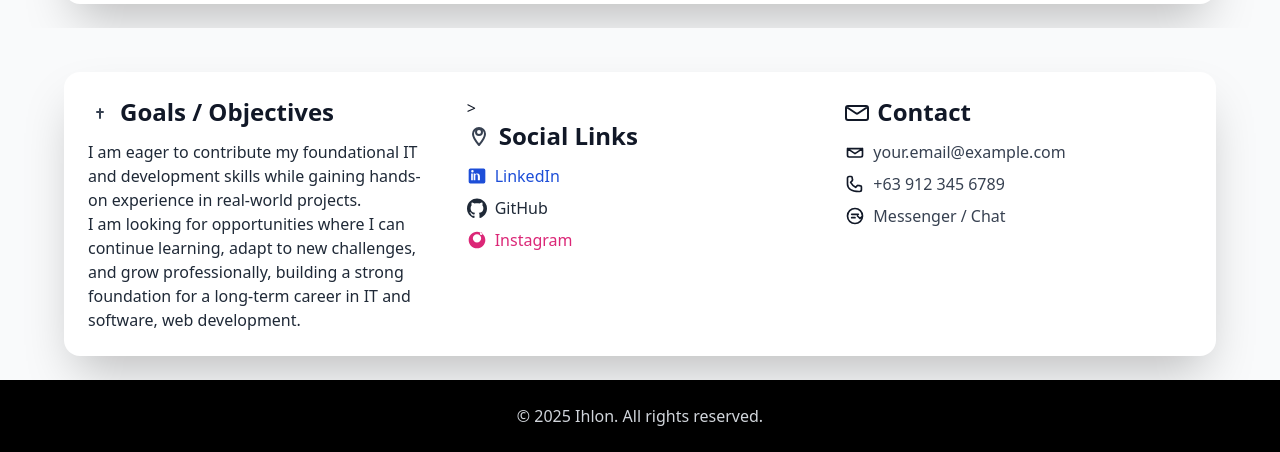
Repository: MeekSharkdev/cv-portfolio
Page: index.html
These files come from the project's save history. The page is drawn as it stood at one moment and after the next save; the edit follows.
The browser window is 1280 px wide. The pictures show the part of the page from y = 2336 to 2820 px (the page is 2788 px tall before and 2820 px after).
A picture or video elsewhere on the page could not be fetched, so the positions and the page height are approximate.

Above is the page before, as saved 2026-01-31 21:10:10.
Not found: styles.css

### index.html
<!DOCTYPE html>
<html lang="en">

<head>
    <meta charset="UTF-8" />
    <meta name="viewport" content="width=device-width, initial-scale=1.0" />
    <title>Ihlon | Web Static Page Portfolio</title>
    <link href="https://cdn.jsdelivr.net/npm/tailwindcss/dist/tailwind.min.css" rel="stylesheet">
    <link href="styles.css" rel="stylesheet">
</head>

<body class="bg-gray-50 text-gray-900 m-0 p-0">

    <!-- Hero Section -->
<header>
    <!-- Upper Left Container -->
    <section class="py-12 px-6 md:px-16 bg-gray-50">
        <div class="max-w-6xl mx-auto flex flex-col md:flex-row items-center md:items-start gap-8">

            <!-- Profile Image -->
            <div class="flex-shrink-0">
                <img src="./assets/images/Cropted.jpg" alt="Profile Picture"
                    class="w-48 h-48 md:w-56 md:h-56 object-cover rounded-2xl shadow-2xl">
            </div>

            <!-- Info Section -->
            <div class="flex flex-col justify-center gap-4">
                <!-- Full Name -->
                <h1 class="text-4xl md:text-5xl font-bold">Ihlon Gyve A. Nogot</h1>
                <span>Web Developer | Exploring Full-Stack & Software Development 🚀</span>

                <!-- Location -->
                <div class="flex items-center gap-2 text-gray-700">
                    <!-- Location icon (black & white stroke only) -->
                    <svg xmlns="http://www.w3.org/2000/svg" class="h-5 w-5 text-gray-700" fill="none"
                        viewBox="0 0 24 24" stroke="currentColor">
                        <path stroke-linecap="round" stroke-linejoin="round" stroke-width="2"
                            d="M12 11c1.657 0 3-1.343 3-3S13.657 5 12 5 9 6.343 9 8s1.343 3 3 3z" />
                        <path stroke-linecap="round" stroke-linejoin="round" stroke-width="2"
                            d="M12 21s-6-7-6-11a6 6 0 1112 0c0 4-6 11-6 11z" />
                    </svg>
                    <span>Metro Manila (NCR), Philippines</span>
                </div>

                <!-- Buttons -->
                <div class="flex gap-4 mt-4">

                    <!-- View Resume -->
                    <a href="assets/your-resume.pdf" target="_blank" class="px-6 py-2 bg-black text-white border border-black rounded-lg
                            hover:bg-white hover:text-black hover:border-black
                            transition-colors duration-800 ease-in-out">
                        View Resume
                    </a>

                    <!-- Invite for Interview -->
                    <a href="mailto:ihlongyve@gmail.com" class="px-6 py-2 border border-black text-black rounded-lg
                            bg-white
                            hover:bg-black hover:text-white hover:border-black
                            transition-colors duration-800 ease-in-out">
                        Invite for Interview
                    </a>

                </div>

            </div>

        </div>
    </section>
</header>

    <!-- Features Section -->
<!-- About Me + Experience Side-by-Side -->
<section class="py-6 px-6 md:px-16 bg-gray-50">
    <div class="max-w-6xl mx-auto mt-5 flex flex-col md:flex-row gap-6">

        <!-- About Me (Left) -->
        <div class="md:w-1/2 p-6 bg-white rounded-2xl shadow-2xl shadow-gray-300/20">
            <!-- Header with Icon -->
            <div class="flex items-center gap-3 mb-4">
                <h2 class="text-2xl font-semibold">👤  About Me</h2>
            </div>

        <!-- Paragraphs -->
        <div class="flex flex-col gap-4 text-gray-700">
            <p>I am an entry-level IT professional with hands-on experience in both front-end and back-end development. I am
                passionate about building web applications and continuously learning modern development practices. While my
                college days focused on web development, I am also eager to gain hands-on experience in IT support and other
                technical areas, expanding my knowledge beyond programming.</p>

            <p>I am looking forward to joining a company where I can contribute meaningfully while steadily building my
                expertise. I approach challenges with a humble mindset, aiming to grow my skills and knowledge over time to
                support both my career growth and the success of the team I join.</p>

            <p>I am adaptable, teachable, and willing to learn new tools or programming languages that are outside my current
                tech stack. I bring enthusiasm, availability, and a strong eagerness to learn and collaborate, ensuring I can
                quickly adapt and make a positive impact wherever I work.</p>
        </div>

        </div>

        <!-- Experience / Timeline (Right) -->
        <div class="md:w-1/2 p-6 bg-white rounded-2xl shadow-2xl shadow-gray-300/20">
            <!-- Header with Icon -->
            <div class="flex items-center gap-3 mb-6">
                <h2 class="text-2xl font-semibold">💼  Experience</h2>
            </div>

            <!-- Timeline -->
            <div class="relative border-l-2 border-gray-300 pl-8 flex flex-col gap-8">

                <!-- Graduate (Latest, Top) -->
                <div class="relative">
                    <div class="flex justify-between items-center">
                        <h2 class="text-xl font-bold"><li>Graduate in BS Information Technology</li></h2>
                        <span class="text-black font-bold">2025</span>
                    </div>
                    <p class="text-black mt-1"><i>Graduated with a specialization in web development and networking.</i></p>
                </div>

                <!-- Internship / OJT -->
                <div class="relative">
                    <div class="flex justify-between items-center">
                        <h3 class="text-lg text-gray-700"><li>Internship / OJT</li></h3>
                        <span class="text-gray-500">2025</span>
                    </div>
                    <p class="text-gray-700 mt-1"><i>Revamped admin and clients real estate website for listings, viewings, and reservations.</i></p>
                </div>

                <!-- Capstone Project -->
                <div class="relative">
                    <div class="flex justify-between items-center">
                        <h3 class="text-lg"><li>Capstone Project</li></h3>
                        <span class="text-gray-700">2025</span>
                    </div>
                    <p class="text-gray-700 mt-1"><i>Team Lead / Project Lead for Web-Based Appointment Scheduling System.</i></p>
                </div>
                <!-- Networking Fundamentals -->
                <div class="relative">
                    <div class="flex justify-between items-center">
                        <h3 class="text-lg">
                            <li>Networking Fundamentals</li>
                        </h3>
                        <span class="text-gray-700">2024</span>
                    </div>
                    <p class="text-gray-700 mt-1"><i>Gained hands-on experience in routing and network configuration, learning the
                            fundamentals of network setup, management, and troubleshooting.</i></p>
                </div>

                <!-- Bootcamp -->
                <div class="relative">
                    <div class="flex justify-between items-center">
                        <h3 class="text-lg"><li>Basic Web Development Fundamentals Bootcamp</li></h3>
                        <span class="text-gray-700">2023</span>
                    </div>
                    <p class="text-gray-700 mt-1"><i>Attended basic fundamentals bootcamp for web development.</i></p>
                </div>

            </div>
        </div>

    </div>
</section>

    <!-- Tech Stack Section (Below About Me Section) -->
    <section class="py-6 px-6 md:px-16 bg-gray-50">
        <div class="max-w-6xl mx-auto mt-5 p-6 bg-white rounded-2xl shadow-2xl shadow-gray-300/20">

            <!-- Section Header -->
            <h2 class="text-2xl font-semibold mb-6 flex items-center gap-2">
                <!-- Laptop icon for Tech Stack & Skills -->
                <svg xmlns="http://www.w3.org/2000/svg" class="h-6 w-6 text-gray-700" fill="none" viewBox="0 0 24 24"
                    stroke="currentColor">
                    <path stroke-linecap="round" stroke-linejoin="round" stroke-width="2" d="M3 8h18v10H3V8z M2 18h20v2H2v-2z" />
                </svg>
                Tech Stack
            </h2>


            <!-- Categories -->
            <div class="flex flex-col gap-6">

                <!-- Frontend -->
                <div>
                    <h3 class="font-bold mb-2">Frontend:</h3>
                    <div class="flex flex-wrap gap-2">
                        <span class="px-3 py-1 bg-gray-200 rounded-full text-gray-700 text-sm">HTML</span>
                        <span class="px-3 py-1 bg-gray-200 rounded-full text-gray-700 text-sm">CSS</span>
                        <span class="px-3 py-1 bg-gray-200 rounded-full text-gray-700 text-sm">JavaScript</span>
                        <span class="px-3 py-1 bg-gray-200 rounded-full text-gray-700 text-sm">React (Vite)</span>
                        <span class="px-3 py-1 bg-gray-200 rounded-full text-gray-700 text-sm">Tailwind CSS</span>
                    </div>
                </div>

                <!-- Backend -->
                <div>
                    <h3 class="font-bold mb-2">Backend:</h3>
                    <div class="flex flex-wrap gap-2">
                        <span class="px-3 py-1 bg-gray-200 rounded-full text-gray-700 text-sm">PHP</span>
                        <span class="px-3 py-1 bg-gray-200 rounded-full text-gray-700 text-sm">C++</span>
                    </div>
                </div>

                <!-- Database -->
                <div>
                    <h3 class="font-bold mb-2">Database:</h3>
                    <div class="flex flex-wrap gap-2">
                        <span class="px-3 py-1 bg-gray-200 rounded-full text-gray-700 text-sm">MySQL</span>
                    </div>
                </div>

                <!-- Tools & Frameworks -->
                <div>
                    <h3 class="font-bold mb-2">Tools & Frameworks:</h3>
                    <div class="flex flex-wrap gap-2">
                        <span class="px-3 py-1 bg-gray-200 rounded-full text-gray-700 text-sm">GitHub</span>
                        <span class="px-3 py-1 bg-gray-200 rounded-full text-gray-700 text-sm">VSCode</span>
                        <span class="px-3 py-1 bg-gray-200 rounded-full text-gray-700 text-sm">CodeBlocks</span>
                        <span class="px-3 py-1 bg-gray-200 rounded-full text-gray-700 text-sm">Figma</span>
                    </div>
                </div>

                <!-- Foundational Skills -->
                <div>
                    <h3 class="font-bold mb-2">Foundational Skills:</h3>
                    <div class="flex flex-wrap gap-2">
                        <span class="px-3 py-1 bg-gray-200 rounded-full text-gray-700 text-sm">API Integration (Beginner &
                            Learning)</span>
                        <span class="px-3 py-1 bg-gray-200 rounded-full text-gray-700 text-sm">Responsive Web Design</span>
                        <span class="px-3 py-1 bg-gray-200 rounded-full text-gray-700 text-sm">JavaScript (Learning)</span>
                        <span class="px-3 py-1 bg-gray-200 rounded-full text-gray-700 text-sm">Python (Learning)</span>
                        <span class="px-3 py-1 bg-gray-200 rounded-full text-gray-700 text-sm">Laravel Framework (Basic &
                            Learning)</span>
                        <span class="px-3 py-1 bg-gray-200 rounded-full text-gray-700 text-sm">AI API token Integration (Beginner &
                                Learning)</span>
                        <span class="px-3 py-1 bg-gray-200 rounded-full text-gray-700 text-sm">Postman (Learning)</span>
                        <span class="px-3 py-1 bg-gray-200 rounded-full text-gray-700 text-sm">Node.js (Learning)</span>
                        <span class="px-3 py-1 bg-gray-200 rounded-full text-gray-700 text-sm">Supabase (Learning)</span>
                    </div>
                </div>

            </div>

        </div>
    </section>

    <!-- Recent Certifications & Seminars Section (Below Tech Stack) -->
    <section class="py-6 px-6 md:px-16 bg-gray-50">
        <div class="max-w-6xl mx-auto mt-5 p-6 bg-white rounded-2xl shadow-2xl shadow-gray-300/20">

            <!-- Section Header -->
            <h2 class="text-2xl font-semibold mb-6 flex items-center gap-2">
                <!-- Certified stamp icon -->
                <svg xmlns="http://www.w3.org/2000/svg" class="h-6 w-6 text-gray-700" fill="none" viewBox="0 0 24 24"
                    stroke="currentColor">
                    <circle cx="12" cy="12" r="9" stroke-width="2" stroke-linecap="round" stroke-linejoin="round" />
                    <path stroke-linecap="round" stroke-linejoin="round" stroke-width="2" d="M9 12l2 2 4-4" />
                </svg>
                Recent Certifications & Seminars
            </h2>


        <!-- Items -->
        <div class="flex flex-col gap-4">

            <!-- Certification -->
            <div class="flex items-center gap-3 p-3 bg-gray-200 rounded-2xl">
                <!-- Certificate / Badge Icon -->
                <svg xmlns="http://www.w3.org/2000/svg" class="h-5 w-5 text-green-600" fill="none" viewBox="0 0 24 24"
                    stroke="currentColor">
                    <path stroke-linecap="round" stroke-linejoin="round" stroke-width="2"
                        d="M9 12l2 2 4-4M12 20a8 8 0 100-16 8 8 0 000 16z" />
                </svg>
                <div class="flex justify-between w-full">
                    <span class="font-medium">TESDA NCII CSS - Computer Systems Servicing</span>
                    <span class="text-gray-800">2025</span>
                </div>
            </div>

            <!-- Seminar: AI in the Workplace -->
            <div class="flex items-center gap-3 p-3 bg-gray-200 rounded-2xl">
                <!-- AI / Lightbulb Icon -->
                <svg xmlns="http://www.w3.org/2000/svg" class="h-5 w-5 text-yellow-600" fill="none" viewBox="0 0 24 24"
                    stroke="currentColor">
                    <path stroke-linecap="round" stroke-linejoin="round" stroke-width="2"
                        d="M12 2a7 7 0 00-7 7c0 3.866 3.134 7 7 7s7-3.134 7-7a7 7 0 00-7-7z M12 14v4m-2 2h4" />
                </svg>
                <div class="flex justify-between w-full">
                    <span class="font-medium">Seminar: AI in the Workplace</span>
                    <span class="text-gray-800">2025</span>
                </div>
            </div>

            <!-- Seminar: Project Management & Web Development -->
            <div class="flex items-center gap-3 p-3 bg-gray-200 rounded-2xl">
                <!-- Project / Clipboard Icon -->
                <svg xmlns="http://www.w3.org/2000/svg" class="h-5 w-5 text-blue-600" fill="none" viewBox="0 0 24 24"
                    stroke="currentColor">
                    <path stroke-linecap="round" stroke-linejoin="round" stroke-width="2"
                        d="M9 12h6m-6 4h6M9 8h6m2-2h-2a2 2 0 00-2-2h-2a2 2 0 00-2 2H7a2 2 0 00-2 2v14a2 2 0 002 2h10a2 2 0 002-2V6a2 2 0 00-2-2z" />
                </svg>
                <div class="flex justify-between w-full">
                    <span class="font-medium">Seminar: Project Management & Web Development</span>
                    <span class="text-gray-800">2025</span>
                </div>
            </div>

        </div>


        </div>
    </section>

<!-- Project Carousel Section (Above Footer) -->
<section>
    <div class="max-w-8xl mx-auto">

        <!-- Projects / Portfolio Section -->
        <section class="py-6 px-6 md:px-16 bg-gray-50">
            <div class="max-w-6xl mx-auto mt-5 p-6 bg-white rounded-2xl shadow-2xl shadow-gray-300/20">

                <!-- Section Header -->
                <h2 class="text-2xl font-semibold mb-6 flex items-center gap-2">
                    <!-- Project / Portfolio icon -->
                    <svg xmlns="http://www.w3.org/2000/svg" class="h-6 w-6 text-gray-700" fill="none" viewBox="0 0 24 24"
                        stroke="currentColor">
                        <!-- Browser window with code lines -->
                        <path stroke-linecap="round" stroke-linejoin="round" stroke-width="2"
                            d="M3 7h18M3 7a2 2 0 012-2h14a2 2 0 012 2v12a2 2 0 01-2 2H5a2 2 0 01-2-2V7z" />
                        <path stroke-linecap="round" stroke-linejoin="round" stroke-width="2" d="M7 11h10M7 15h10" />
                    </svg>
                    Completed Projects & Capstone
                </h2>


        <!-- Carousel -->
        <div class="overflow-hidden relative">
            <div class="flex animate-scroll whitespace-nowrap gap-6">
                <!-- Blank placeholder images -->
                <img src="assets/project1-placeholder.jpg" alt="Project 1"
                    class="w-100 h-48 object-cover rounded-lg shadow-lg">
                <img src="assets/project2-placeholder.jpg" alt="Project 2"
                    class="w-72 h-48 object-cover rounded-lg shadow-lg">
                <img src="assets/project3-placeholder.jpg" alt="Project 3"
                    class="w-72 h-48 object-cover rounded-lg shadow-lg">
                <img src="assets/project4-placeholder.jpg" alt="Project 4"
                    class="w-72 h-48 object-cover rounded-lg shadow-lg">
                <!-- Duplicate images for seamless loop -->
                <img src="assets/project1-placeholder.jpg" alt="Project 1"
                    class="w-72 h-48 object-cover rounded-lg shadow-lg">
                <img src="assets/project2-placeholder.jpg" alt="Project 2"
                    class="w-72 h-48 object-cover rounded-lg shadow-lg">
            </div>
        </div>
    </div>
</section>


    <!-- Call to Action Section -->
<!-- Goals, Social Links & Contact Section -->
<section class="py-6 px-6 md:px-16 bg-gray-50">
    <div class="max-w-6xl mx-auto mt-5 p-6 bg-white rounded-2xl shadow-2xl shadow-gray-300/20">

        <div class="flex flex-col md:flex-row gap-8">

            <!-- Goals / Objectives -->
            <div class="md:w-1/3">
                <h2 class="text-2xl font-semibold mb-3 flex items-center gap-2">
                    <svg xmlns="http://www.w3.org/2000/svg" class="h-6 w-6 text-gray-700" fill="none"
                        viewBox="0 0 24 24" stroke="currentColor">
                        <path stroke-linecap="round" stroke-linejoin="round" stroke-width="2"
                            d="M9 12h6m-3-3v6m0-6V9m0 6v3" />
                    </svg>
                    Goals / Objectives
                </h2>
            <p class="text-gray-800">
                I am eager to contribute my foundational IT and development skills while gaining hands-on experience in real-world
                projects.
                <br>
                I am looking for opportunities where I can continue learning, adapt to new challenges, and grow
                professionally, building a strong foundation for a long-term career in IT and software, web development.
            </p>

            </div>

<!-- Social Links -->
<div class="md:w-1/3">>
    <h2 class="text-2xl font-semibold mb-3 flex items-center gap-2">
        <!-- Social icon -->
        <svg xmlns="http://www.w3.org/2000/svg" class="h-6 w-6 text-gray-700" fill="none" viewBox="0 0 24 24"
            stroke="currentColor">
            <circle cx="12" cy="8" r="3" stroke-width="2" stroke-linecap="round" stroke-linejoin="round" />
            <path stroke-linecap="round" stroke-linejoin="round" stroke-width="2"
                d="M12 21s-6-7-6-11a6 6 0 1112 0c0 4-6 11-6 11z" />
        </svg>
        Social Links
    </h2>

    <div class="flex flex-col gap-2">
        <a href="https://linkedin.com/in/yourprofile" target="_blank"
            class="flex items-center gap-2 text-blue-700 hover:underline">
            <!-- LinkedIn simplified icon -->
            <svg xmlns="http://www.w3.org/2000/svg" class="h-5 w-5" fill="currentColor" viewBox="0 0 24 24">
                <path
                    d="M4 3a2 2 0 00-2 2v14a2 2 0 002 2h16a2 2 0 002-2V5a2 2 0 00-2-2H4zm4 14H5v-8h3v8zm-1.5-9.268a1.5 1.5 0 110-3 1.5 1.5 0 010 3zm9.5 9.268h-3v-4.5c0-1.2-.02-2.75-1.5-2.75s-1.5 1.42-1.5 2.667V17h-3v-8h2.8v1.2h.04c.4-.7 1.3-1.2 2.46-1.2 2.64 0 3.2 1.74 3.2 4V17z" />
            </svg>
            LinkedIn
        </a>

        <a href="https://github.com/yourprofile" target="_blank"
            class="flex items-center gap-2 text-gray-800 hover:underline">
            <!-- GitHub simplified icon -->
            <svg xmlns="http://www.w3.org/2000/svg" class="h-5 w-5" fill="currentColor" viewBox="0 0 24 24">
                <path
                    d="M12 .5C5.373.5 0 5.873 0 12.5c0 5.3 3.438 9.8 8.205 11.387.6.111.82-.261.82-.577 0-.285-.01-1.04-.017-2.042-3.338.724-4.042-1.61-4.042-1.61-.546-1.387-1.333-1.756-1.333-1.756-1.088-.744.083-.729.083-.729 1.205.085 1.839 1.238 1.839 1.238 1.07 1.834 2.809 1.304 3.495.997.108-.775.417-1.305.762-1.605-2.665-.303-5.466-1.333-5.466-5.933 0-1.31.468-2.381 1.235-3.221-.124-.303-.536-1.523.117-3.176 0 0 1.008-.322 3.3 1.23.957-.266 1.983-.399 3.003-.404 1.02.005 2.047.138 3.006.404 2.289-1.552 3.295-1.23 3.295-1.23.655 1.653.243 2.873.12 3.176.77.84 1.233 1.911 1.233 3.221 0 4.61-2.803 5.625-5.475 5.922.43.371.813 1.102.813 2.222 0 1.604-.015 2.897-.015 3.293 0 .319.216.694.825.576C20.563 22.3 24 17.805 24 12.5 24 5.873 18.627.5 12 .5z" />
            </svg>
            GitHub
        </a>

        <a href="https://instagram.com/yourprofile" target="_blank"
            class="flex items-center gap-2 text-pink-600 hover:underline">
            <!-- Instagram simplified icon -->
            <svg xmlns="http://www.w3.org/2000/svg" class="h-5 w-5" fill="currentColor" viewBox="0 0 24 24">
                <path
                    d="M12 2C6.477 2 2 6.477 2 12s4.477 10 10 10 10-4.477 10-10S17.523 2 12 2zm0 3a5 5 0 110 10 5 5 0 010-10zm6.5-.5a1.5 1.5 0 11-3 0 1.5 1.5 0 013 0z" />
            </svg>
            Instagram
        </a>
    </div>
</div>

            <!-- Contact Info -->
        <div class="md:w-1/3">
            <h2 class="text-2xl font-semibold mb-3 flex items-center gap-2">
                <!-- Minimal envelope icon for Contact header -->
                <svg xmlns="http://www.w3.org/2000/svg" class="h-6 w-6 text-gray-900" fill="none" viewBox="0 0 24 24"
                    stroke="currentColor">
                    <path stroke-linecap="round" stroke-linejoin="round" stroke-width="2"
                        d="M3 8l7.89 5.26a2 2 0 002.22 0L21 8M3 6h18a2 2 0 012 2v10a2 2 0 01-2 2H3a2 2 0 01-2-2V8a2 2 0 012-2z" />
                </svg>
                Contact
            </h2>

            <div class="flex flex-col gap-2 text-gray-700">
            <!-- Email -->
            <div class="flex items-center gap-2">
                <svg xmlns="http://www.w3.org/2000/svg" class="h-5 w-5 text-gray-900" fill="none" viewBox="0 0 24 24"
                    stroke="currentColor">
                    <path stroke-linecap="round" stroke-linejoin="round" stroke-width="2"
                        d="M3 8l9 6 9-6M3 8v8a2 2 0 002 2h14a2 2 0 002-2V8M3 8h18" />
                </svg>
                <span>your.email@example.com</span>
            </div>

                <!-- Phone -->
            <!-- Phone -->
            <div class="flex items-center gap-2">
                <svg xmlns="http://www.w3.org/2000/svg" class="h-5 w-5 text-gray-900" fill="none" viewBox="0 0 24 24"
                    stroke="currentColor">
                    <path stroke-linecap="round" stroke-linejoin="round" stroke-width="2"
                        d="M3 5a2 2 0 012-2h2.5a1 1 0 011 1l.5 3a1 1 0 01-.25.95l-2 2a16 16 0 006 6l2-2a1 1 0 01.95-.25l3 .5a1 1 0 011 1V19a2 2 0 01-2 2h-1C7.163 21 3 16.837 3 12V5z" />
                </svg>
                <span>+63 912 345 6789</span>
            </div>


                <!-- Chat / Messenger -->
                <div class="flex items-center gap-2">
                    <svg xmlns="http://www.w3.org/2000/svg" class="h-5 w-5 text-gray-900" fill="none" viewBox="0 0 24 24"
                        stroke="currentColor">
                        <path stroke-linecap="round" stroke-linejoin="round" stroke-width="2"
                            d="M8 10h8M8 14h4M21 12a9 9 0 11-18 0 9 9 0 0118 0zM21 12l-3 3-3-3" />
                    </svg>
                    <span>Messenger / Chat</span>
                </div>

            </div>
        </div>


        </div>

    </div>
</section>

<!-- Footer Section -->
<footer class="bg-black text-gray-300 w-full mx-0">
    <div class="max-w-full mx-0 px-8 py-6 text-center">
        &copy; 2025 Ihlon. All rights reserved.
    </div>
</footer>

<!-- Carousel animation -->
<style>
    @keyframes scroll {
        0% {
            transform: translateX(0);
        }

        100% {
            transform: translateX(-50%);
        }
    }

    .animate-scroll {
        animation: scroll 20s linear infinite;
    }
</style>

</body>

</html>

After the next save:
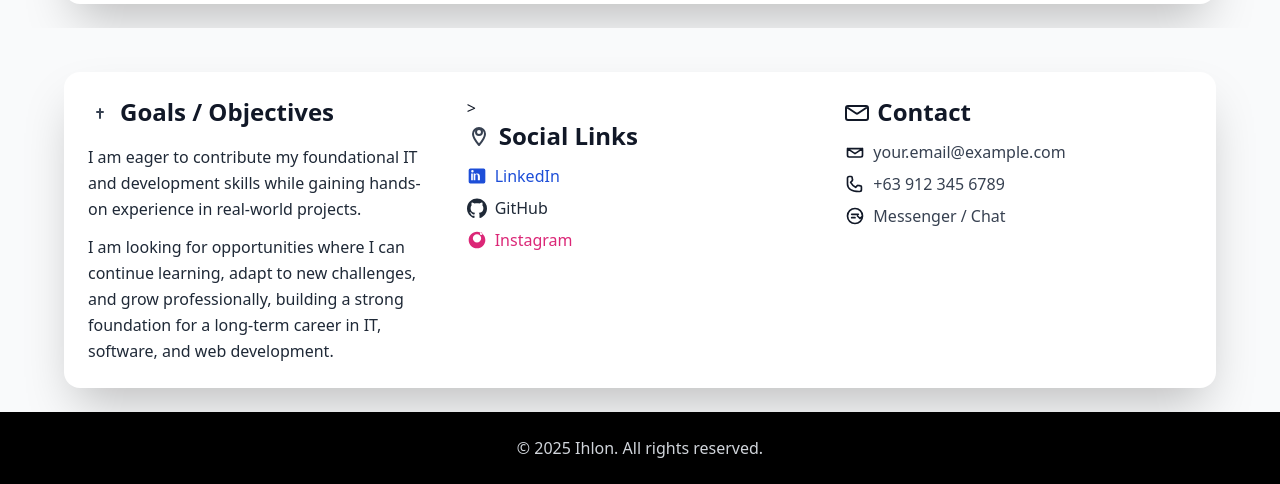
Saved 4 min 51 s later.
--- a/index.html
+++ b/index.html
@@ -372,13 +372,16 @@
                     </svg>
                     Goals / Objectives
                 </h2>
-            <p class="text-gray-800">
-                I am eager to contribute my foundational IT and development skills while gaining hands-on experience in real-world
-                projects.
-                <br>
-                I am looking for opportunities where I can continue learning, adapt to new challenges, and grow
-                professionally, building a strong foundation for a long-term career in IT and software, web development.
-            </p>
+        <p class="text-gray-800 text-base leading-relaxed max-w-2xl mx-auto mt-4">
+            I am eager to contribute my foundational IT and development skills while gaining hands-on experience in real-world
+            projects.
+
+            <span class="block mt-3">
+                I am looking for opportunities where I can continue learning, adapt to new challenges, and grow professionally,
+                building a strong foundation for a long-term career in IT, software, and web development.
+            </span>
+        </p>
+
 
             </div>
 
